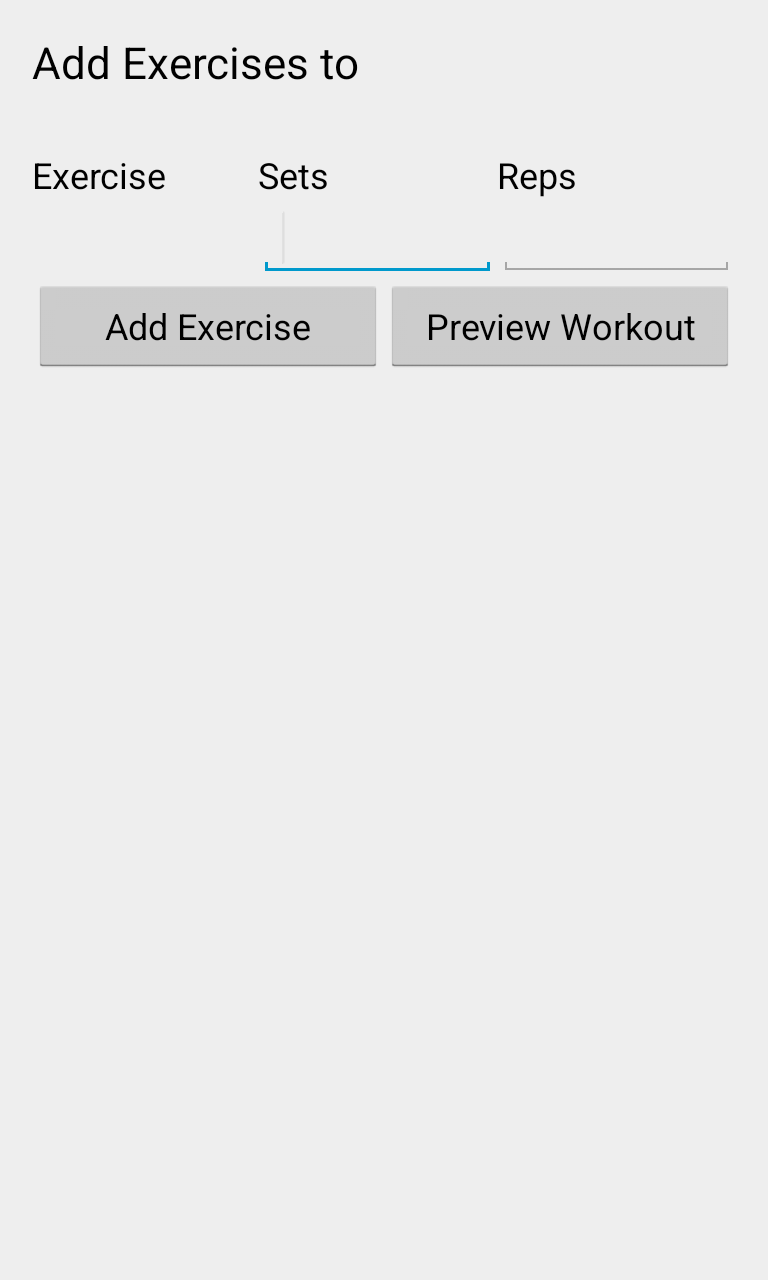
Repository: jmcdon09/EZWorkout
Layout: EzTrain/EzTrain/res/layout/activity_add_exercises.xml
These files come from the project's save history. The layout is drawn as it stood at one moment and after the next save; the edit follows.
It is drawn on a 768 x 1280 px phone screen (xhdpi) without system bars, with theme AppTheme; the app's code is not run. Lists and similar views that code fills are empty.

Above is the layout before, as saved 2014-03-29 01:39:51.

### EzTrain/EzTrain/res/layout/activity_add_exercises.xml
<LinearLayout xmlns:android="http://schemas.android.com/apk/res/android"
    xmlns:tools="http://schemas.android.com/tools"
    android:id="@+id/LinearLayout1"
    android:layout_width="match_parent"
    android:layout_height="match_parent"
    android:background="@color/background"
    android:orientation="vertical"
    android:paddingBottom="@dimen/activity_vertical_margin"
    android:paddingLeft="@dimen/activity_horizontal_margin"
    android:paddingRight="@dimen/activity_horizontal_margin"
    android:paddingTop="@dimen/activity_vertical_margin"
    tools:context=".AddExercises" >

    <LinearLayout
        android:layout_width="match_parent"
        android:layout_height="wrap_content" >

        <TextView
            android:id="@+id/adding_exercises"
            android:layout_width="wrap_content"
            android:layout_height="wrap_content"
            android:text="@string/add_exercise_to_workout"
            android:textAppearance="?android:attr/textAppearanceLarge" />

        <TextView
            android:id="@+id/workout_name"
            android:layout_width="wrap_content"
            android:layout_height="wrap_content"
            android:textAppearance="?android:attr/textAppearanceLarge" />

    </LinearLayout>

    <TextView
        android:id="@+id/muscle_group"
        android:layout_width="wrap_content"
        android:layout_height="wrap_content"
        android:textAppearance="?android:attr/textAppearanceLarge" />

    <ListView
        android:id="@+id/exercise_list"
        android:layout_width="match_parent"
        android:layout_height="wrap_content" >
    </ListView>

    <LinearLayout
        android:weightSum="100"
        android:layout_width="match_parent"
        android:layout_height="wrap_content" >

        <TextView
            android:layout_weight="34"
            android:id="@+id/add_exercise_exercise"
            android:layout_width="fill_parent"
            android:layout_height="wrap_content"
            android:text="@string/exercise"
            android:textAppearance="?android:attr/textAppearanceMedium" />

        <TextView
            android:layout_weight="33"
            android:id="@+id/add_exercise_set"
            android:layout_width="fill_parent"
            android:layout_height="wrap_content"
            android:text="@string/sets"
            android:textAppearance="?android:attr/textAppearanceMedium" />

        <TextView
            android:layout_weight="33"
            android:id="@+id/add_exercise_rep"
            android:layout_width="fill_parent"
            android:layout_height="wrap_content"
            android:text="@string/reps"
            android:textAppearance="?android:attr/textAppearanceMedium" />

    </LinearLayout>

    <LinearLayout
        android:weightSum="100"
        android:layout_width="match_parent"
        android:layout_height="wrap_content" >

        <TextView
            android:layout_weight="34"
            android:id="@+id/add_exercise_name"
            android:layout_width="fill_parent"
            android:layout_height="wrap_content"
            android:textAppearance="?android:attr/textAppearanceMedium" />

        <EditText
            android:id="@+id/add_exercise_set_input"
            android:layout_width="fill_parent"
            android:layout_height="wrap_content"
            android:layout_weight="33"
            android:ems="10"
            android:inputType="number" >

            <requestFocus />
        </EditText>

        <EditText
            android:id="@+id/add_exercise_rep_input"
            android:layout_width="fill_parent"
            android:layout_height="wrap_content"
            android:layout_weight="33"
            android:ems="10"
            android:inputType="number" />

    </LinearLayout>

    <LinearLayout
        android:weightSum="100"
        android:layout_width="match_parent"
        android:layout_height="wrap_content" >

        <Button
            android:layout_weight="50"
            android:id="@+id/add_exercise"
            android:layout_width="fill_parent"
            android:layout_height="wrap_content"
            android:text="@string/add_exercise" />

        <Button
            android:layout_weight="50"
            android:id="@+id/preview_workout"
            android:layout_width="fill_parent"
            android:layout_height="wrap_content"
            android:text="@string/preview_workout" />

    </LinearLayout>

</LinearLayout>

### EzTrain/EzTrain/res/values-v11/styles.xml
<?xml version="1.0" encoding="utf-8"?>
<resources>

    <!--
        Base application theme for API 11+. This theme completely replaces
        AppBaseTheme from res/values/styles.xml on API 11+ devices.
    -->
    <style name="AppBaseTheme" parent="android:Theme.Holo.Light">
        <!-- API 11 theme customizations can go here. -->
    </style>

    <style name="FullscreenTheme" parent="android:Theme.Holo">
        <item name="android:actionBarStyle">@style/FullscreenActionBarStyle</item>
        <item name="android:windowActionBarOverlay">true</item>
        <item name="android:windowBackground">@null</item>
        <item name="buttonBarStyle">?android:attr/buttonBarStyle</item>
        <item name="buttonBarButtonStyle">?android:attr/buttonBarButtonStyle</item>
    </style>

    <style name="FullscreenActionBarStyle" parent="android:Widget.Holo.Light.ActionBar">
        <item name="android:background">@color/action_bar_background</item>
        <item name="android:actionMenuTextColor">@color/black_overlay</item>
    </style>

</resources>

### EzTrain/EzTrain/res/values-v14/styles.xml
<resources>

    <!--
        Base application theme for API 14+. This theme completely replaces
        AppBaseTheme from BOTH res/values/styles.xml and
        res/values-v11/styles.xml on API 14+ devices.
    -->
    <style name="AppBaseTheme" parent="@android:style/Theme.Holo.Light.DarkActionBar">
        <!-- API 14 theme customizations can go here. -->
        <item name="android:actionBarStyle">@style/MyActionBar</item>


    </style>

    <style name="MyActionBar" parent="@android:style/Widget.Holo.Light.ActionBar">
        <item name="android:background">@color/action_bar_background</item>
        <item name="android:titleTextStyle">@style/MyActionBarTitle</item>
    </style>

	<style name="MyActionBarTitle" parent="@android:style/TextAppearance.Holo.Widget.ActionBar.Title">
	    <item name="android:textColor">@color/title</item>

	</style>



</resources>

### EzTrain/EzTrain/res/values/colors.xml
<resources>

    <color name="action_bar_background">#4db6af</color>
    <color name="black_overlay">#66000000</color>
    <color name="background">#eee</color>
    <color name="font">#444</color>
    <color name="accent">#ccc</color>
    <color name="title">#FFF</color>

</resources>

### EzTrain/EzTrain/res/values/strings.xml
<?xml version="1.0" encoding="utf-8"?>
<resources>

    <string name="app_name">EZWorkout</string>

    <string-array name="muscle_groups">
        <item>Arms</item>
        <item>Abdominals</item>
        <item>Chest</item>
        <item>Back</item>
        <item>Legs</item>
        <item>Shoulders</item>
    </string-array>

    <string-array name="my_workouts">
        <item>Biceps</item>
        <item>Major Chest Workout</item>
    </string-array>

    <string-array name="chest">
        <item>Benchpress</item>
        <item>Butterflys</item>
        <item>Push Ups</item>
        <item>Iron Cross</item>
        <item>Decline Dumbell Press</item>
        <item></item>
    </string-array>

    <string-array name="arms">
        <item>Bicep Curls</item>
        <item>Spider Curls</item>
        <item>Tricep Dips</item>
        <item>Skullcrushers</item>
        <item>French Press</item>
    </string-array>

    <string-array name="shoudlers">
        <item>Shoulder Abduction</item>
        <item>Military Press</item>
    </string-array>

    <string-array name="abdominals">
        <item>Crunches</item>
        <item>Russian Twists</item>
        <item>Sit-ups</item>
        <item>Toe Touches</item>
    </string-array>

    <string-array name="legs">
        <item>One Legged Squats</item>
        <item>Romanian Deadlifts</item>
        <item>Trap Bar Deadlifts</item>
        <item>Box Jumps</item>
    </string-array>

    <string-array name="back">
        <item>Standing Good Mornings</item>
        <item>Seated Good Mornings</item>
        <item>Reverse Hypers</item>
        <item>Chin Ups</item>
    </string-array>

    <string name="workout_now">Start Workout</string>
    <string name="progress">My Progress</string>
    <string name="design_work">Design Workout</string>
    <string name="title_activity_start_workout">Start Workout</string>
    <string name="title_activity_my_progress">My Progress</string>
    <string name="title_activity_design_workout">Design Workout</string>
    <string name="title_activity_add_exercises">Add Exercises</string>
    <string name="title_activity_create_exercise">Create Exercise</string>
    <string name="title_activity_preview_workout">Preview Workout</string>
    <string name="title_activity_my_workouts">My Workouts</string>
    <string name="title_activity_workout">Workout</string>
    <string name="title_activity_active_workout">Active Workout</string>
    <string name="workout_name">Workout Name</string>
    <string name="return_workout"></string>
    <string name="action_settings">Action Settings</string>
    <string name="add_exercise_to_workout">Add Exercises to </string>
    <string name="add_exercise">Add Exercise</string>
    <string name="begin_design">Start Design</string>
    <string name="create_exercise">Create Exercise</string>
    <string name="muscle_group">Muscle Group</string>
    <string name="workout_description">Workout Description</string>
    <string name="my_workouts">My Workouts</string>
    <string name="start_workout">Start Workout</string>
    <string name="browse_workouts">Browse Workouts</string>
    <string name="exercise_name">Exercise Name</string>
    <string name="rep_hint">Rep hint goes here</string>
    <string name="action_home">Home</string>
    <string name="exercise1">Bench press </string>
    <string name="set1">4</string>
    <string name="rep1">8#821112</string>
    <string name="hello_world">Hello world!</string>
    <string name="preview_workout">Preview Workout</string>
    <string name="title_activity_preview_design">Preview Design</string>
    <string name="exercise">Exercise</string>
    <string name="sets">Sets</string>
    <string name="reps">Reps</string>
    <string name="weight">Weight</string>



</resources>

Loaded but not shown: EzTrain/EzTrain/res/values/styles.xml (common file); EzTrain/EzTrain/res/values/dimens.xml (common file)

After the next save:
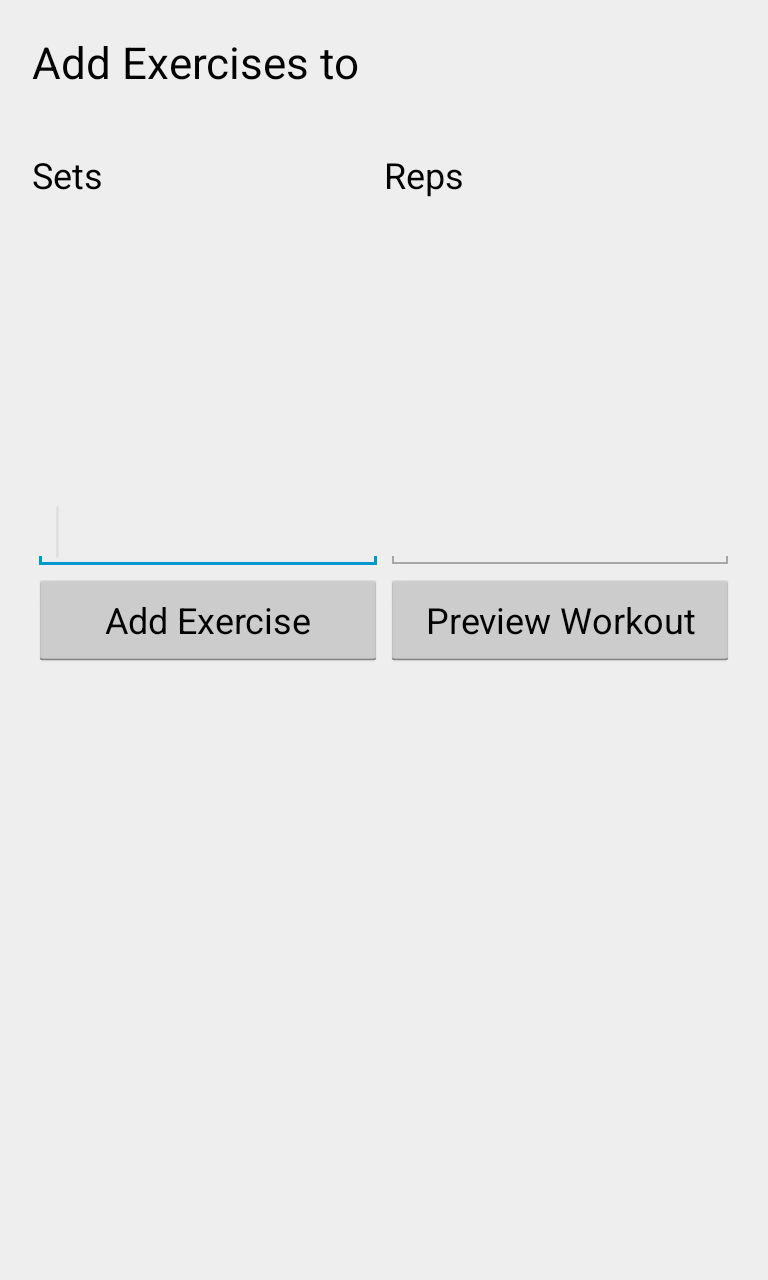
Saved 5 min 55 s later.
--- a/EzTrain/EzTrain/res/layout/activity_add_exercises.xml
+++ b/EzTrain/EzTrain/res/layout/activity_add_exercises.xml
@@ -48,7 +48,7 @@
         android:layout_height="wrap_content" >
 
         <TextView
-            android:layout_weight="34"
+            android:layout_weight="50"
             android:id="@+id/add_exercise_exercise"
             android:layout_width="fill_parent"
             android:layout_height="wrap_content"
@@ -56,7 +56,7 @@
             android:textAppearance="?android:attr/textAppearanceMedium" />
 
         <TextView
-            android:layout_weight="33"
+            android:layout_weight="25"
             android:id="@+id/add_exercise_set"
             android:layout_width="fill_parent"
             android:layout_height="wrap_content"
@@ -64,7 +64,7 @@
             android:textAppearance="?android:attr/textAppearanceMedium" />
 
         <TextView
-            android:layout_weight="33"
+            android:layout_weight="25"
             android:id="@+id/add_exercise_rep"
             android:layout_width="fill_parent"
             android:layout_height="wrap_content"
@@ -79,7 +79,7 @@
         android:layout_height="wrap_content" >
 
         <TextView
-            android:layout_weight="34"
+            android:layout_weight="50"
             android:id="@+id/add_exercise_name"
             android:layout_width="fill_parent"
             android:layout_height="wrap_content"
@@ -89,7 +89,7 @@
             android:id="@+id/add_exercise_set_input"
             android:layout_width="fill_parent"
             android:layout_height="wrap_content"
-            android:layout_weight="33"
+            android:layout_weight="25"
             android:ems="10"
             android:inputType="number" >
 
@@ -100,7 +100,7 @@
             android:id="@+id/add_exercise_rep_input"
             android:layout_width="fill_parent"
             android:layout_height="wrap_content"
-            android:layout_weight="33"
+            android:layout_weight="25"
             android:ems="10"
             android:inputType="number" />
 
